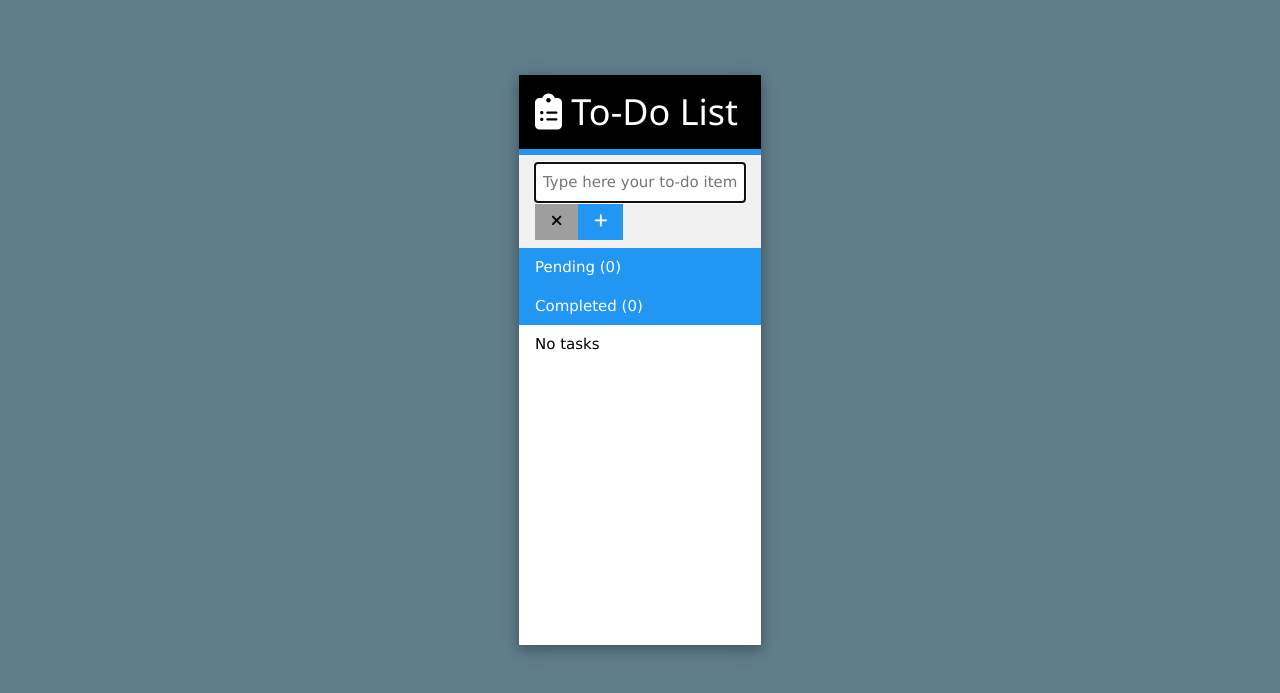
Repository: bclover/vue3-design-patterns-book
Page: /
These files come from the project's save history. The page is drawn as it stood at one moment and after a run of saves; the edit follows.
The browser window is 1280 px wide. The pictures show the whole page.
The project was rebuilt for these pictures with package versions that can differ from the ones it lists, and the page was loaded fresh each time. Also part of the build but not shown: vite.config.ts.

Above is the page before, as saved 2023-06-19 20:59:34.

After the next 2 saves:
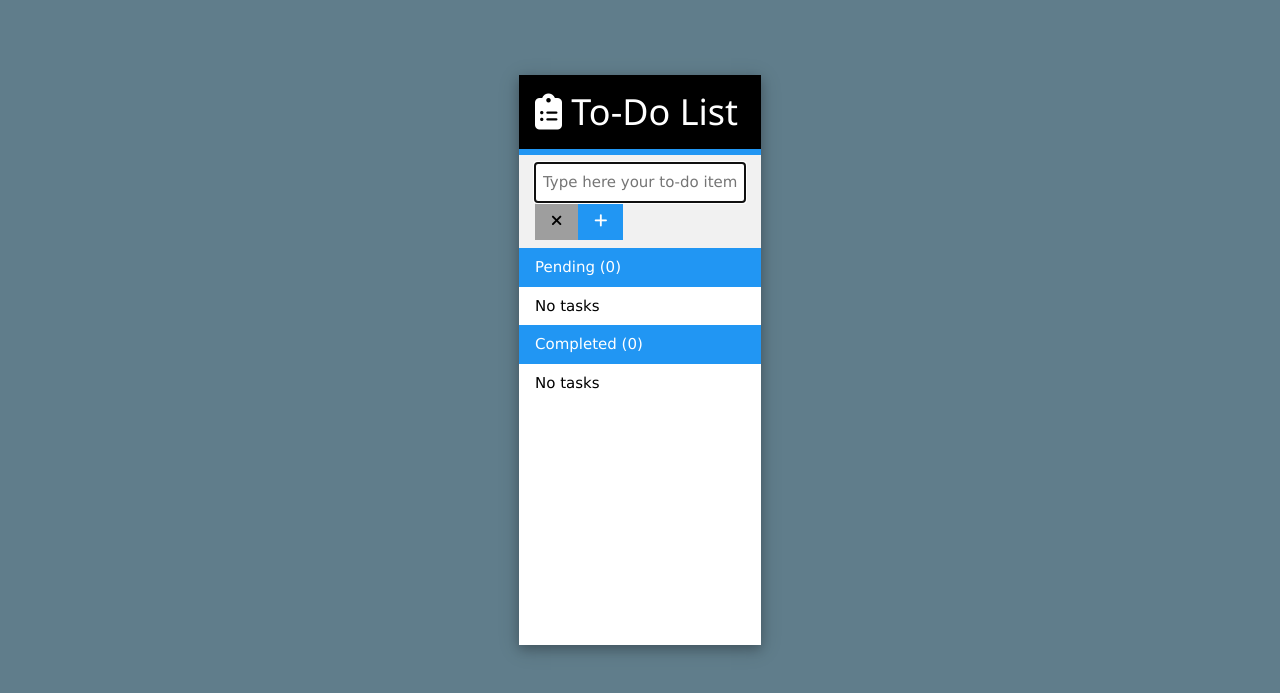
The 2 saves are shown as one change because 1 did not build or start.
The last was saved 92 s later.
--- a/src/components/ToDos.vue
+++ b/src/components/ToDos.vue
@@ -77,10 +77,10 @@ function addToDo() {
         <input type="checkbox" v-model="todo.checked" />
         <span class="w3-margin-left">{{ todo.text }}</span>
       </label>
+    </div>
 
-      <!-- No Pending Tasks -->
-      <div class="w3-padding">No tasks</div>
-    </div>
+    <!-- No Pending Tasks -->
+    <div class="w3-padding" v-show="_pending.length == 0">No tasks</div>
 
     <!-- Completed Todos Heading -->
     <div class="w3-padding w3-blue">Completed ({{ _done.length }})</div>
